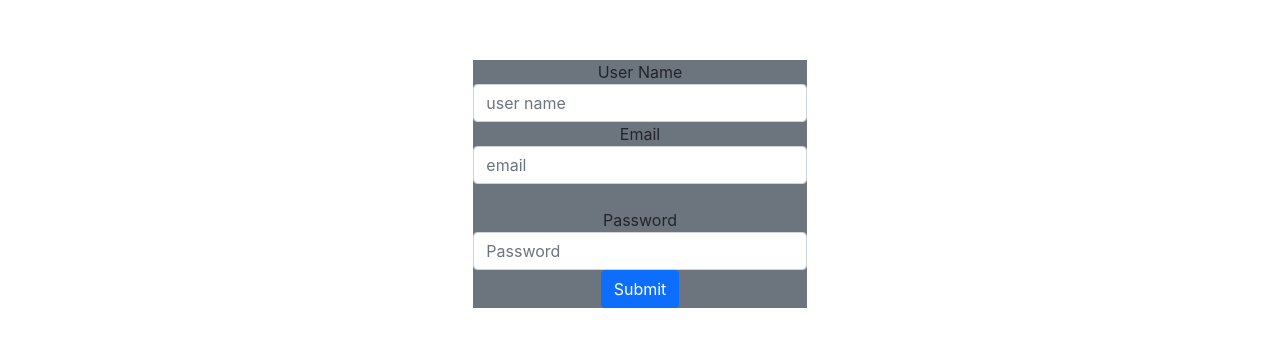
Repository: Osomhe1/bitmama2
Page: /
The author's editor kept a copy of each file at every save. The page is drawn from the files as they stood at one save, then again after the next save.
The browser window is 1280 px wide. The pictures show the whole page.
The project was rebuilt for these pictures with package versions that can differ from the ones it lists, and the page was loaded fresh each time.

Above is the page before, as saved 2022-05-10 11:01:38.

After the next save:
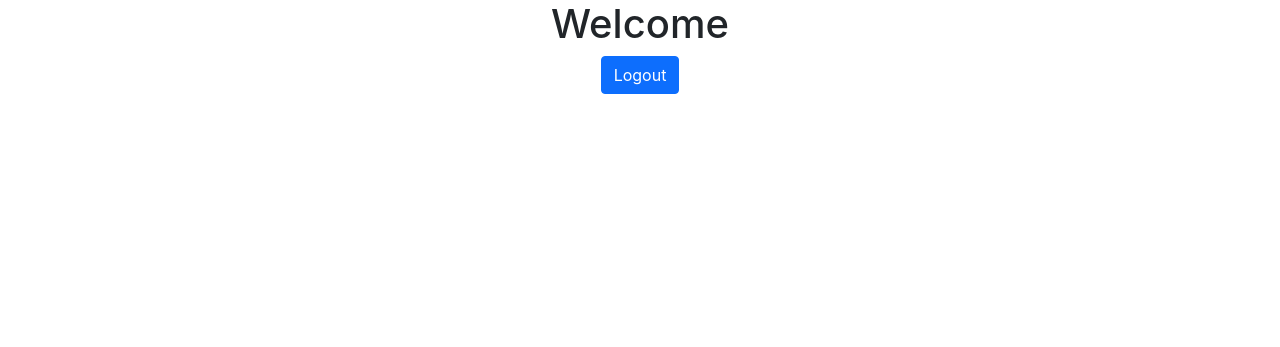
Saved 12 min 14 s later.
--- a/src/featuers/slice.js
+++ b/src/featuers/slice.js
@@ -17,5 +17,5 @@
 
 export const { login , logout} = userSlice.action || {};
 
-export const selectUser = (state) => state.user.user;
+export const selectUser = (state) => state.user;
 export default userSlice.reducer;

After the 3 saves that followed:
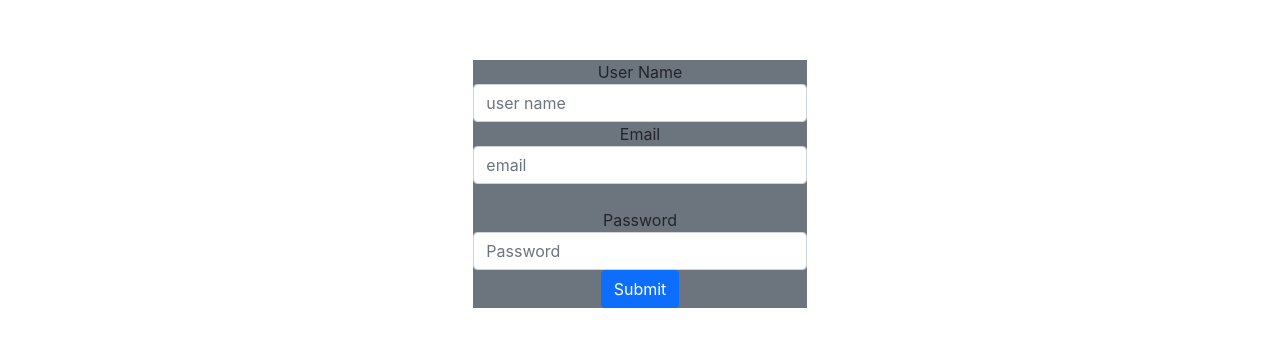
The 3 saves are shown as one change because 2 left the picture as it was.
The last was saved 118 s later.
--- a/src/featuers/slice.js
+++ b/src/featuers/slice.js
@@ -17,5 +17,5 @@
 
 export const { login , logout} = userSlice.action || {};
 
-export const selectUser = (state) => state.user;
+export const selectUser = (state) => state.user.user;
 export default userSlice.reducer;
